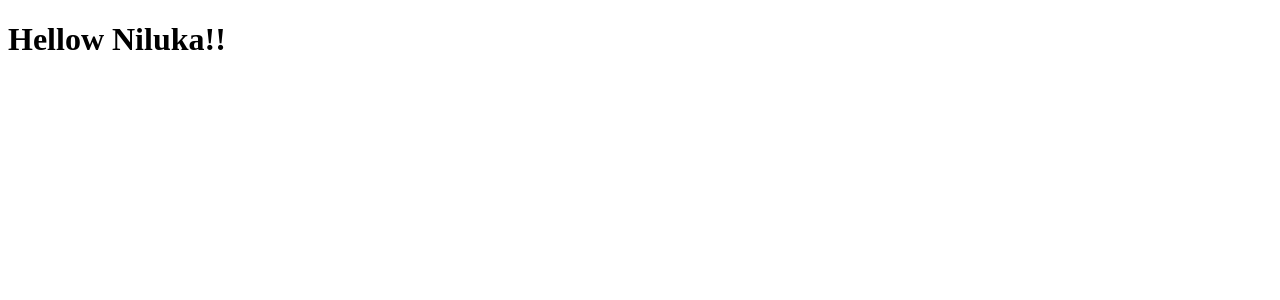
Repository: NilukaSripalim/javascript-niluka
Page: index.html
The author's editor kept a copy of each file at every save. The page is drawn from the files as they stood at one save, then again after the next save.
The browser window is 1280 px wide. The pictures show the whole page.

Above is the page before, as saved 2023-10-01 08:27:37.

### index.html
<!DOCTYPE html>
<html lang="en">
<head>
    <meta charset="UTF-8">
    <meta name="viewport" content="width=device-width, initial-scale=1.0">
    <title>Document</title>
</head>
<body>
    <h1>Hellow Niluka!!</h1>
</body>
</html>

After the next save:
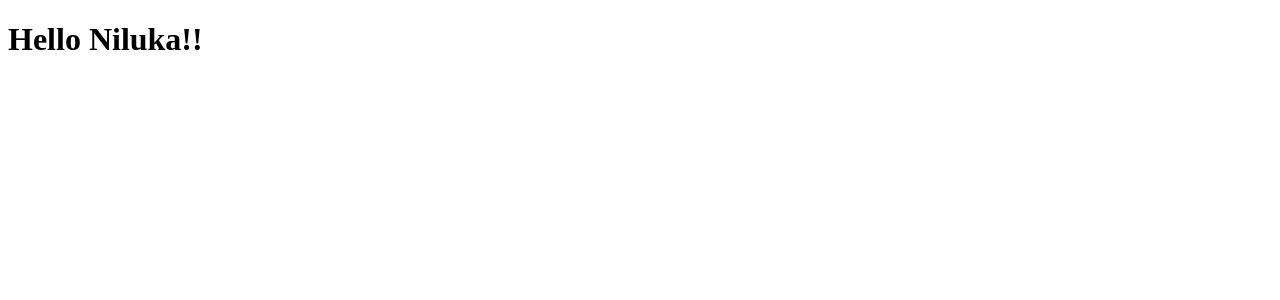
Saved 10 s later.
--- a/index.html
+++ b/index.html
@@ -6,6 +6,6 @@
     <title>Document</title>
 </head>
 <body>
-    <h1>Hellow Niluka!!</h1>
+    <h1>Hello Niluka!!</h1>
 </body>
 </html>
